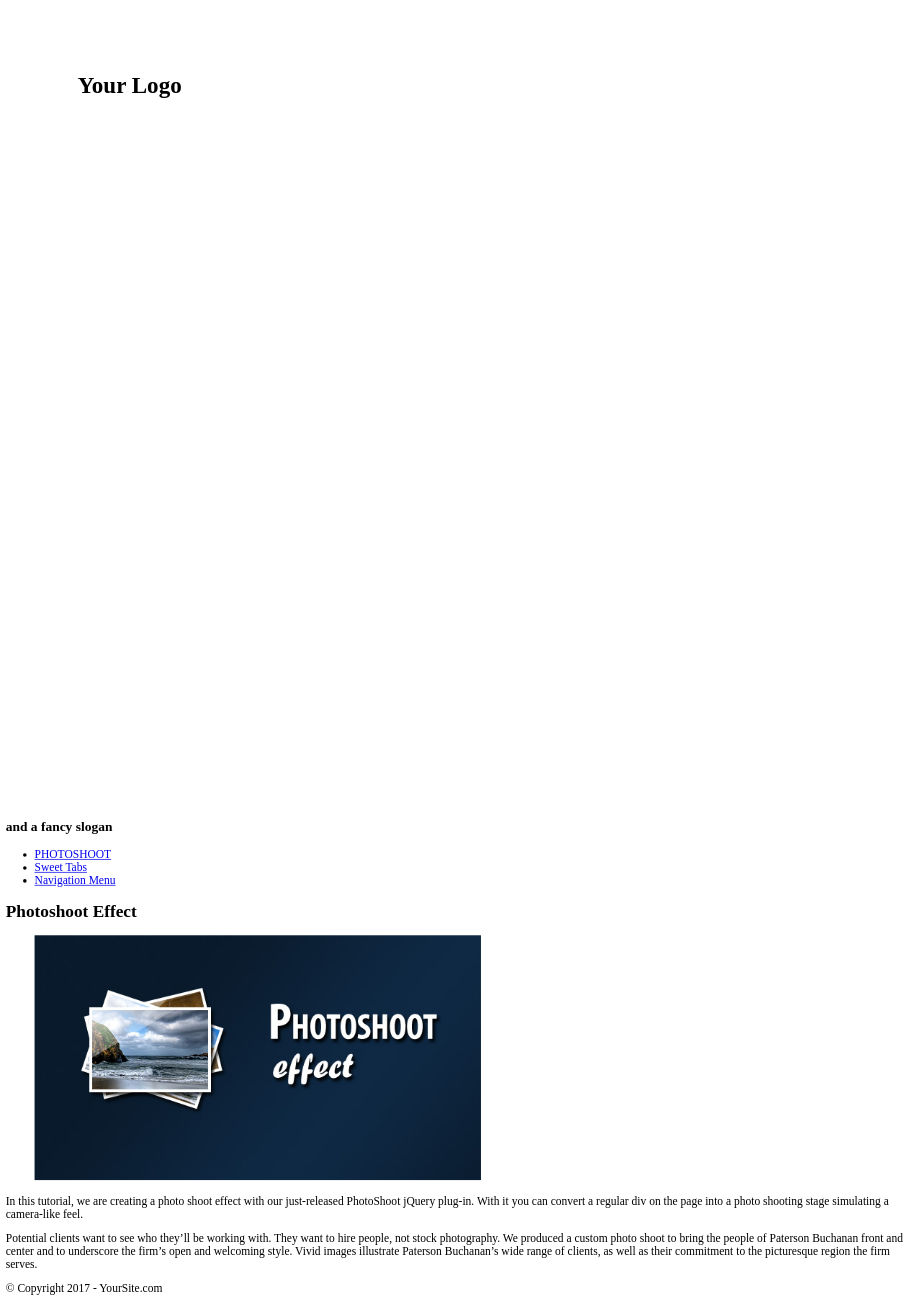
Repository: Helianthusss/Learn-CPP
Page: HTML/Lab-03/Lab-3-Resources/Ex01_PhotoShootEffect/photo-shoot-effect.html
These files come from the project's save history. The page is drawn as it stood at one moment and after the next save; the edit follows.
The browser window is 1280 px wide. The pictures show the whole page, at 72% of full size.

Above is the page before, as saved 2021-10-13 07:37:16.

After the next save:
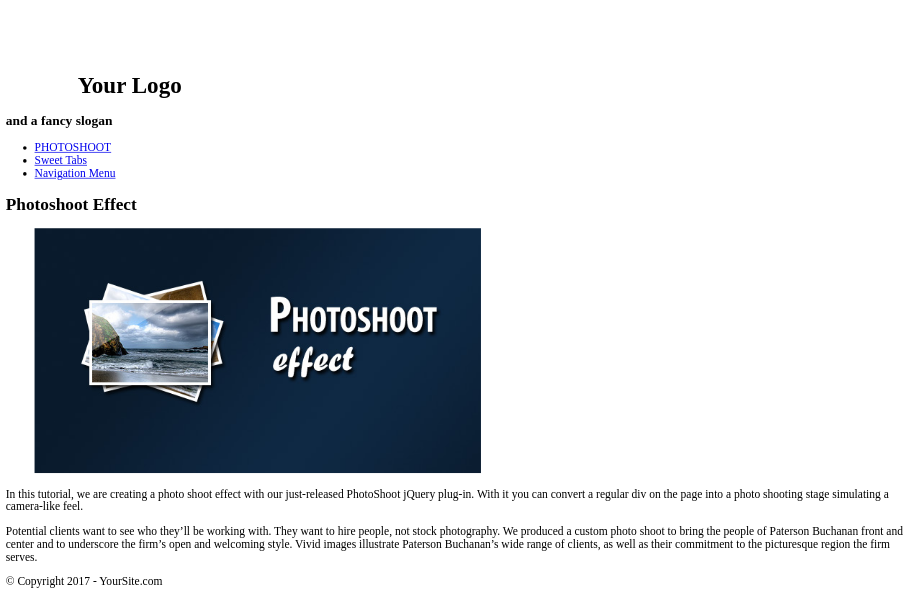
Saved 6 s later.
--- a/HTML/Lab-03/Lab-3-Resources/Ex01_PhotoShootEffect/photo-shoot-effect.css
+++ b/HTML/Lab-03/Lab-3-Resources/Ex01_PhotoShootEffect/photo-shoot-effect.css
@@ -1,6 +1,6 @@
 h1 {
   margin-top: 100px;
-  margin-bottom: 1000px;
+  margin-bottom: 10px;
   margin-right: 150px;
   margin-left: 100px;
 }
